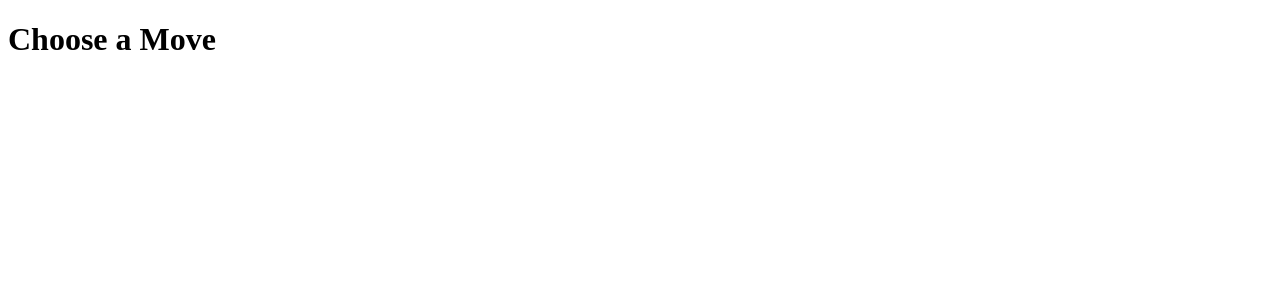
Repository: MikkyPrestige/rock-paper-scissors
Page: game.html
The author's editor kept a copy of each file at every save. The page is drawn from the files as they stood at one save, then again after the next save.
The browser window is 1280 px wide. The pictures show the whole page.

Above is the page before, as saved 2023-05-08 06:12:53.

After the next save:
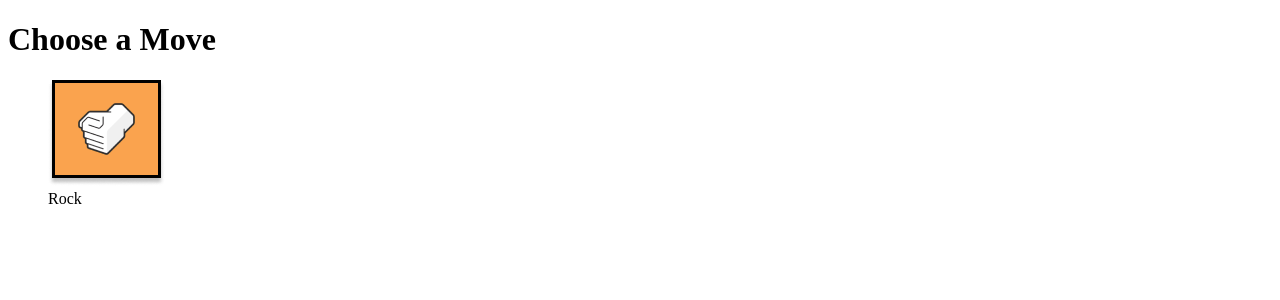
Saved 96 s later.
--- a/game.html
+++ b/game.html
@@ -9,6 +9,11 @@
 <body>
   <main>
     <h1>Choose a Move</h1>
+    <figure>
+      <img src="./img/rock.png" alt="Rock image" >
+      <figcaption>Rock</figcaption>
+
+    </figure>
   </main>
 </body>
 </html>
